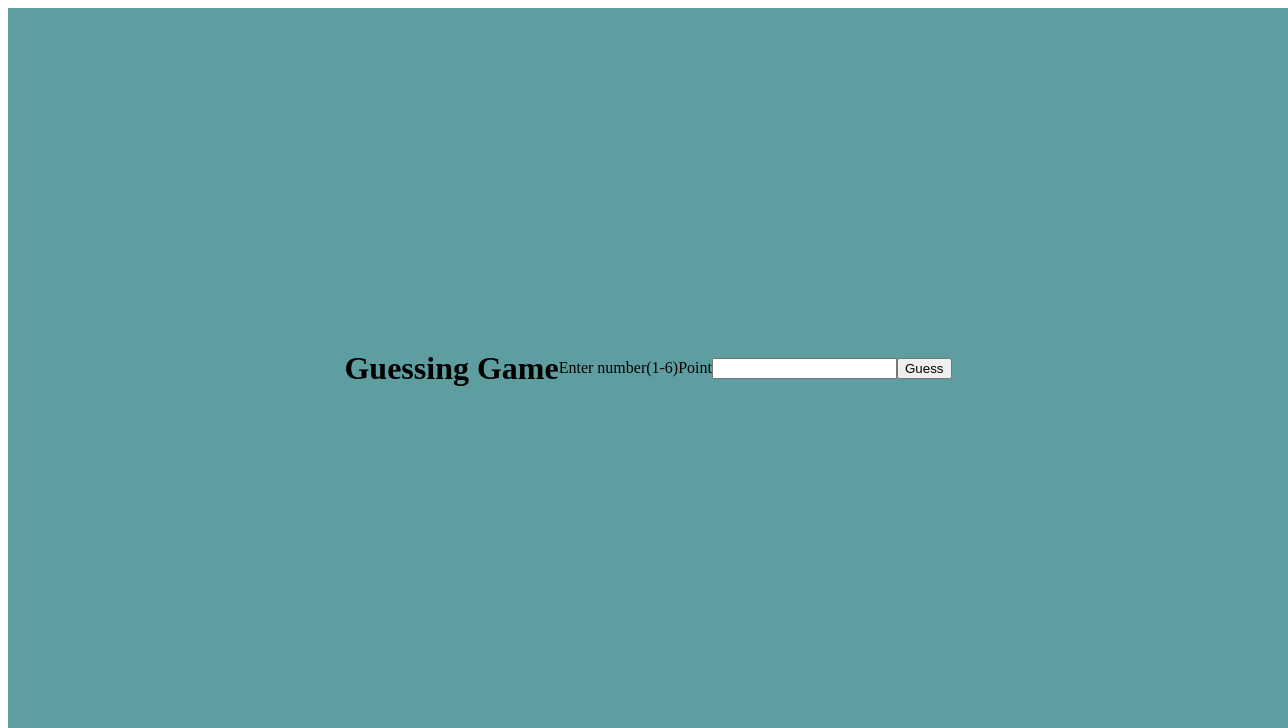
Repository: sedashahnazaryan/Guessing-Game
Page: index.html
These files come from the project's save history. The page is drawn as it stood at one moment and after the next save; the edit follows.
The browser window is 1280 px wide. The page is 1288 px wide, then 1280 px, so the pictures cover 1288 px, including what lies to the right of the window. The pictures show the whole page.

Above is the page before, as saved 2022-02-23 19:24:47.

### index.html
<!DOCTYPE html>
<html lang="en">
<head>
    <meta charset="UTF-8">
    <meta http-equiv="X-UA-Compatible" content="IE=edge">
    <meta name="viewport" content="width=device-width, initial-scale=1.0">
    <link rel="stylesheet" href="./index.css">
    <title>Gueess Game</title>
</head>
<body>
    <div class="container">
        <h1 class="Guessing">Guessing Game</h1>
     <p class="enter">Enter number(1-6)</p>
     <p class="p">Point</p>
     <input type="num" id="">
     <button id="button">Guess</button>
     <div class="table" id="show-text"></div>
    </div>
 <script src="./index.js"></script>
</body>
</html>

### index.css
.container{
    display: flex;
    background-color: cadetblue ;
    position: absolute;
    width: 100%;
    height: 100%;
     align-items: center;
    justify-content: center;
}

Loaded but not shown: index.js (no copy from this time; the picture is the same without it)

After the next save:
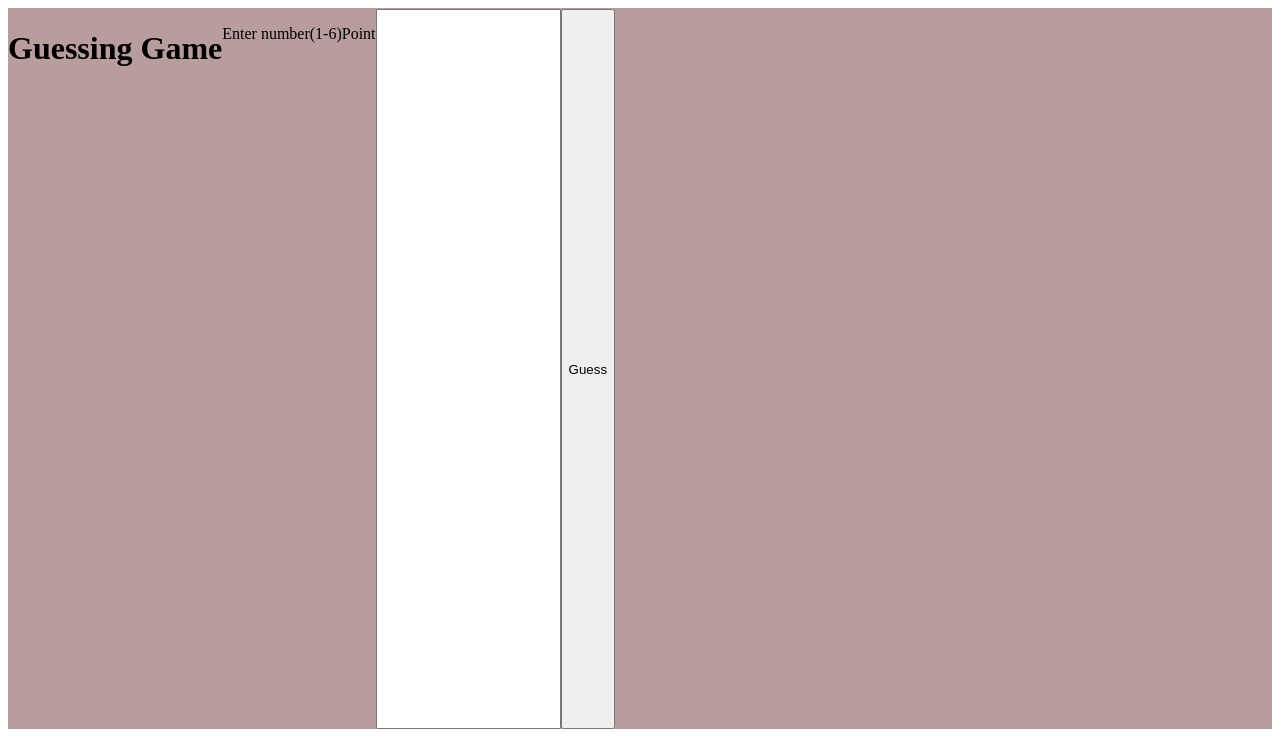
Saved 111 s later.
--- a/index.css
+++ b/index.css
@@ -1,9 +1,6 @@
 .container{
     display: flex;
-    background-color: cadetblue ;
-    position: absolute;
-    width: 100%;
-    height: 100%;
-     align-items: center;
-    justify-content: center;
+    background-color: #b89d9d;
+    height: 100vh;
+    padding-top:1px;
 }
